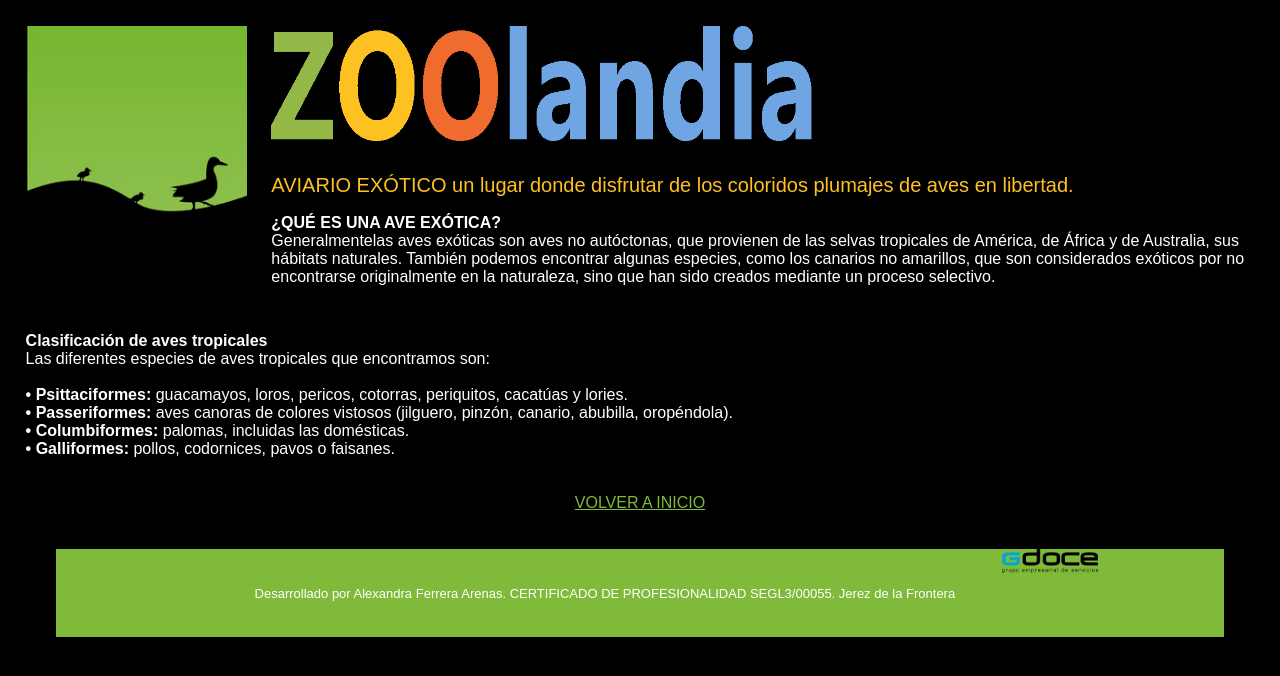
Repository: iSaan86/EV_Pr-ctica_Zoolandia
Page: aviario.html
The author's editor kept a copy of each file at every save. The page is drawn from the files as they stood at one save, then again after the next save.
The browser window is 1280 px wide. The pictures show the whole page.

Above is the page before, as saved 2023-11-27 18:39:13.

### aviario.html
<!DOCTYPE html>
<html lang="es-ES">
	<head>
		<title>
			ZOOlandia Aviario
		</title>
		<meta charset="UTF-8">
		<meta name="viewport" content="width=device-width, initial-scale=1.0">
		<meta name="keywords" content="zoo, aventura, naturaleza, aviario, sabana">
		<meta name="description" content="Aviario Exótico ZOOlandia">
		<meta name="author" content="Alexandra Ferrera Arenas">
		<link rel="icon" type="image/x-icon" href="img/favicon.png">

    </head>

    <body style="background-color:black;font-family: Arial, Helvetica, sans-serif; padding: 2%; margin:0">
     <!--Seccion de arriba-->
     <!--Imagen y texto-->
        <section style="display: flex; width: 100%;">
            <article style="width: 20%; justify-content: center;">
                <img src="img/imagen1.jpg" alt="Aviario Exótico" title="Aviario Exótico" width="90%">
            </article>
            <article style="width: 80%">
                <section>
                    <img src="img/zoolandia_titulo.gif" alt="Zoolandia Logo" width="55%" style="text-align: left;">
                </section>
                <section style="margin:3% 0%">
                    <h2 style="color:#fdc122; text-align: left; font-weight: normal; font-size: 20px;">
                        AVIARIO EXÓTICO un lugar donde disfrutar de los coloridos plumajes de aves en libertad.
                    </h2>
                    <p style="color: white;font-weight: lighter;">
                        <strong> ¿QUÉ ES UNA AVE EXÓTICA?</strong>
                        <br>Generalmentelas aves exóticas son aves no autóctonas, que provienen de las selvas tropicales de América, de África y de Australia, sus hábitats naturales. También podemos encontrar algunas especies, como los canarios no amarillos, que son considerados exóticos por no encontrarse originalmente en la naturaleza, sino que han sido creados mediante un proceso selectivo.
                    </p>
                </section>
            </article>
        </section>
    <!--Texto Clasificación Aves-->

        <section>
            <p  style="color: white; font-weight: lighter;">
                <strong> Clasificación de aves tropicales</strong>
                <br>Las diferentes especies de aves tropicales que encontramos son:
                <br><br><strong>• Psittaciformes:</strong> guacamayos, loros, pericos, cotorras, periquitos, cacatúas y lories.
                <br><strong>• Passeriformes:</strong> aves canoras de colores vistosos (jilguero, pinzón, canario, abubilla, oropéndola).
                <br><strong>• Columbiformes:</strong> palomas, incluidas las domésticas.
                <br><strong>• Galliformes:</strong> pollos, codornices, pavos o faisanes.
            </p>
        </section>

    <!--Enlace Volver a Inicio-->
       <section style="width: 100%; justify-content: center; align-items:center; text-align: center; margin: 3% 0%">
        <a href="index.html" style="color:#80ba3a"> VOLVER A INICIO</a>
       </section>

    <!--Pie de página-->
        <footer style="display: flex; width: 100%; margin:3% 0%; align-items: center; justify-content: center; text-align: center">
            <section style="display: flex; width: 95%; background-color:#80ba3a">
     <!--Texto pie de página-->
                <article style="width: 75%; text-align: right; padding:2%">
                    <p style="color:white; font-size: 13px;width: 100%;">
                Desarrollado por Alexandra Ferrera Arenas. CERTIFICADO DE PROFESIONALIDAD SEGL3/00055. Jerez de la Frontera
                    </p>
                </article>
     <!--Logo Gdoce pie de página-->
                <article style="width: 15%; margin-left: 2%; text-align: left">
                    <img src="img/logo.png" alt="Logo G-Doce" width="55%">
                </article>
            </section>
        </footer>

    </body>
</html>

After the next save:
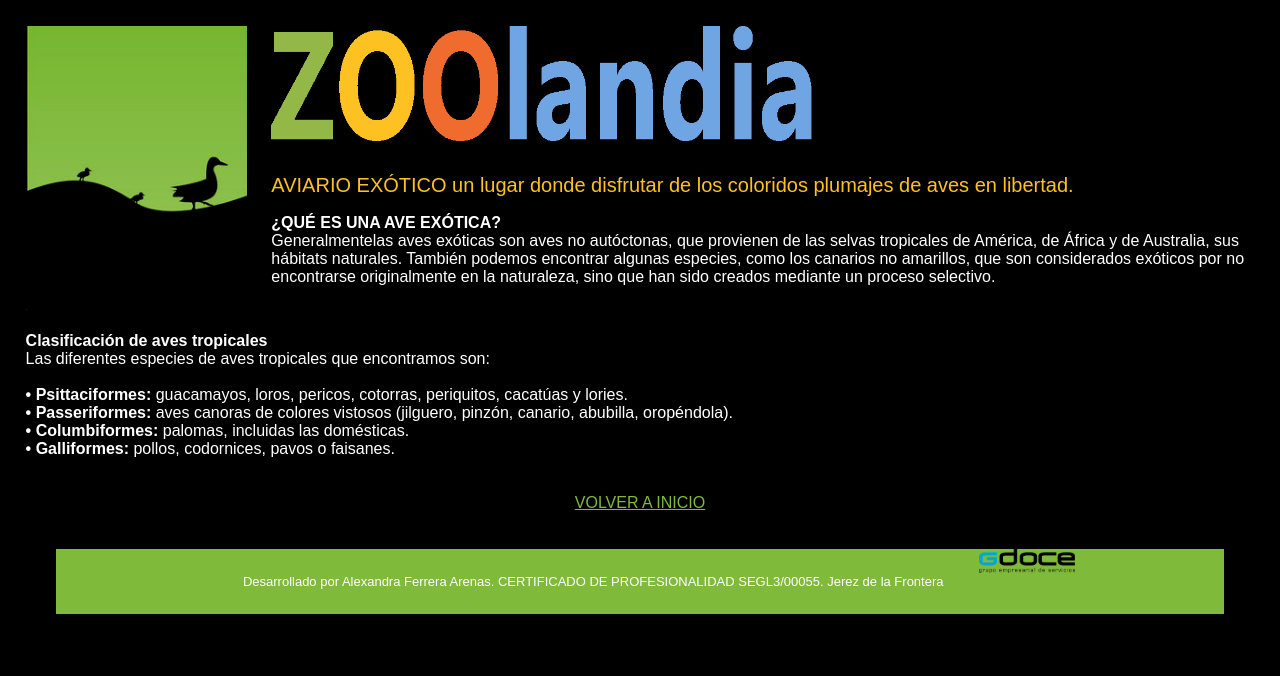
Saved 7 s later.
--- a/aviario.html
+++ b/aviario.html
@@ -57,7 +57,7 @@
         <footer style="display: flex; width: 100%; margin:3% 0%; align-items: center; justify-content: center; text-align: center">
             <section style="display: flex; width: 95%; background-color:#80ba3a">
      <!--Texto pie de página-->
-                <article style="width: 75%; text-align: right; padding:2%">
+                <article style="width: 75%; text-align: right; padding:1%">
                     <p style="color:white; font-size: 13px;width: 100%;">
                 Desarrollado por Alexandra Ferrera Arenas. CERTIFICADO DE PROFESIONALIDAD SEGL3/00055. Jerez de la Frontera
                     </p>
